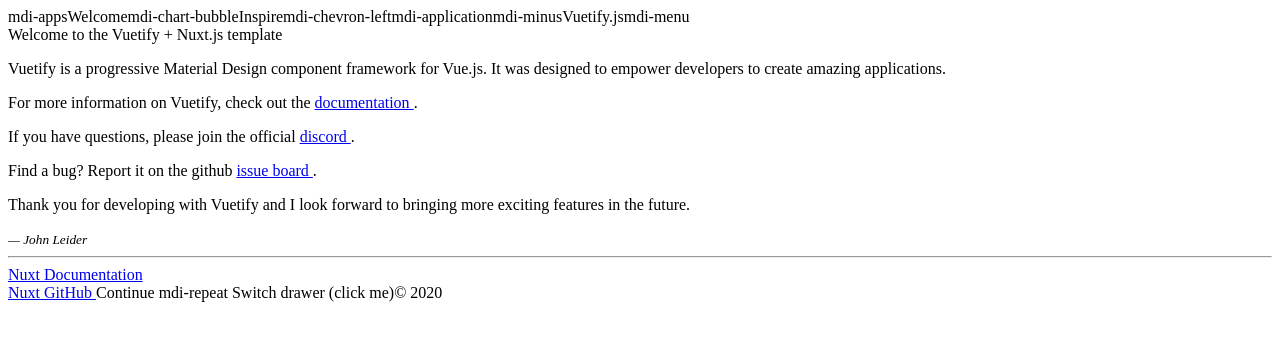
Repository: Natanhel/WhatZapp
Page: /
An editor plug-in stored every save of this project. The page is shown before and after the next save, followed by the edit.
The browser window is 1280 px wide. The pictures show the whole page.
The project was rebuilt for these pictures with package versions that can differ from the ones it lists, and the page was loaded fresh each time. The framework's server and built-in components were replaced by stand-ins that run in the browser. Also part of the build but not shown: layouts/error.vue.

Above is the page before, as saved 2020-04-01 14:54:50.

After the next save:
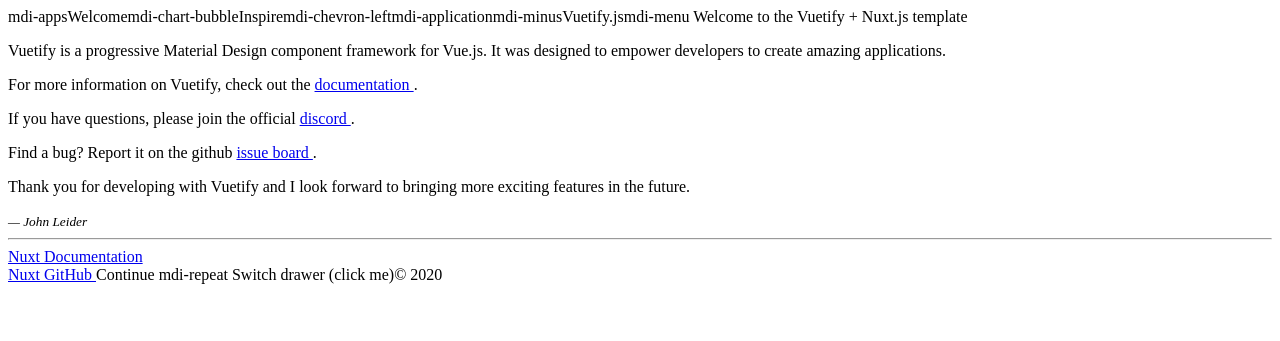
Saved 11 s later.
--- a/pages/index.vue
+++ b/pages/index.vue
@@ -9,10 +9,6 @@
       sm8
       md6
     >
-      <div class="text-center">
-        <logo />
-        <vuetify-logo />
-      </div>
       <v-card>
         <v-card-title class="headline">
           Welcome to the Vuetify + Nuxt.js template
